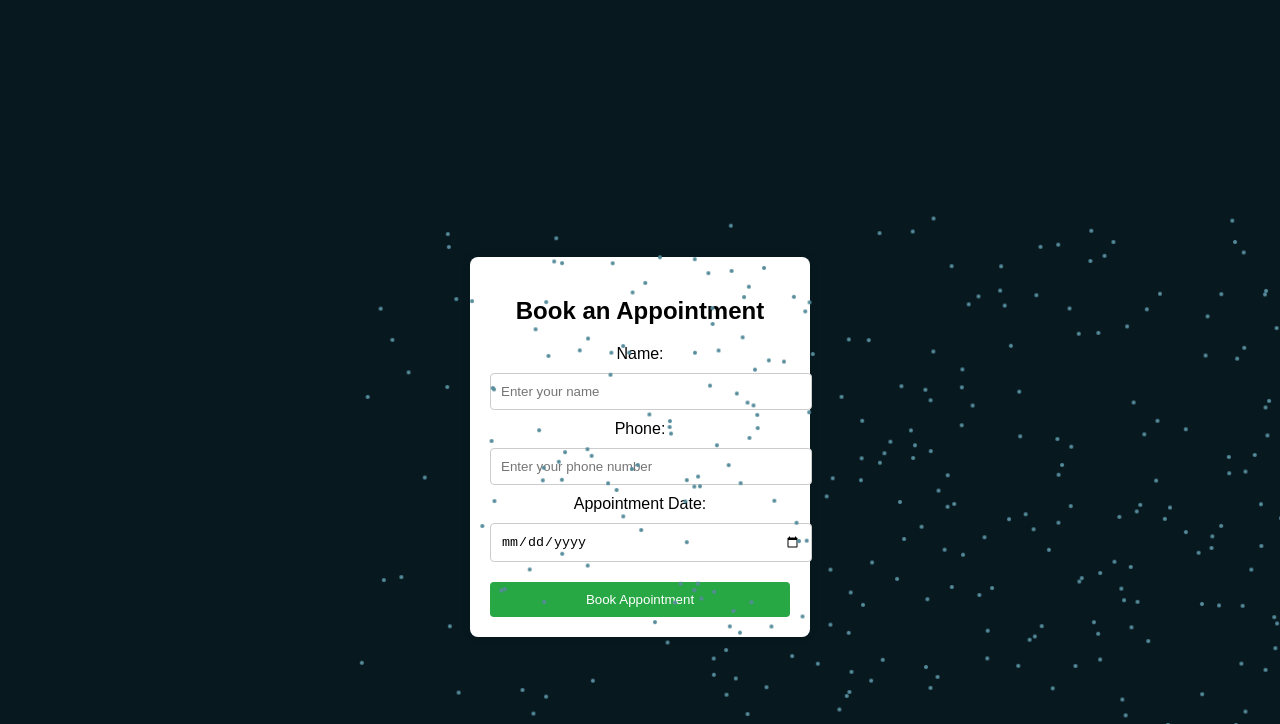
Repository: Anadi-Chauhan/Mentorship-binarybuddy
Page: appointment.html
The author's editor kept a copy of each file at every save. The page is drawn from the files as they stood at one save, then again after the next save.
The browser window is 1280 px wide. The pictures show the whole page.

Above is the page before, as saved 2024-10-19 10:38:28.

After the next save:
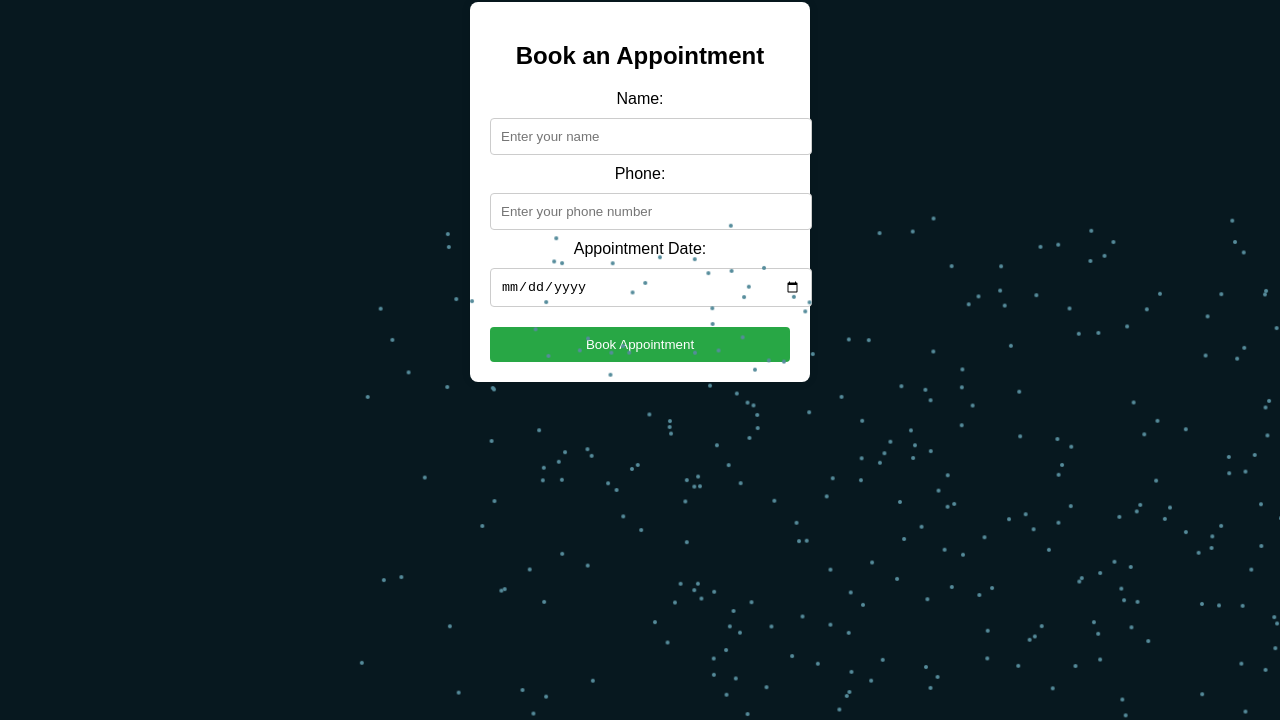
Saved 10 s later.
--- a/appointment.css
+++ b/appointment.css
@@ -3,7 +3,7 @@ body {
     display: grid;
     justify-content: center;
     align-items: center;
-    height: 100vh;
+    /* height: 100vh; */
     border: 2px solid color(srgb 0.0264 0.0958 0.1204);
     background-color: color(srgb 0.0264 0.0958 0.1204);
     margin: 0;
